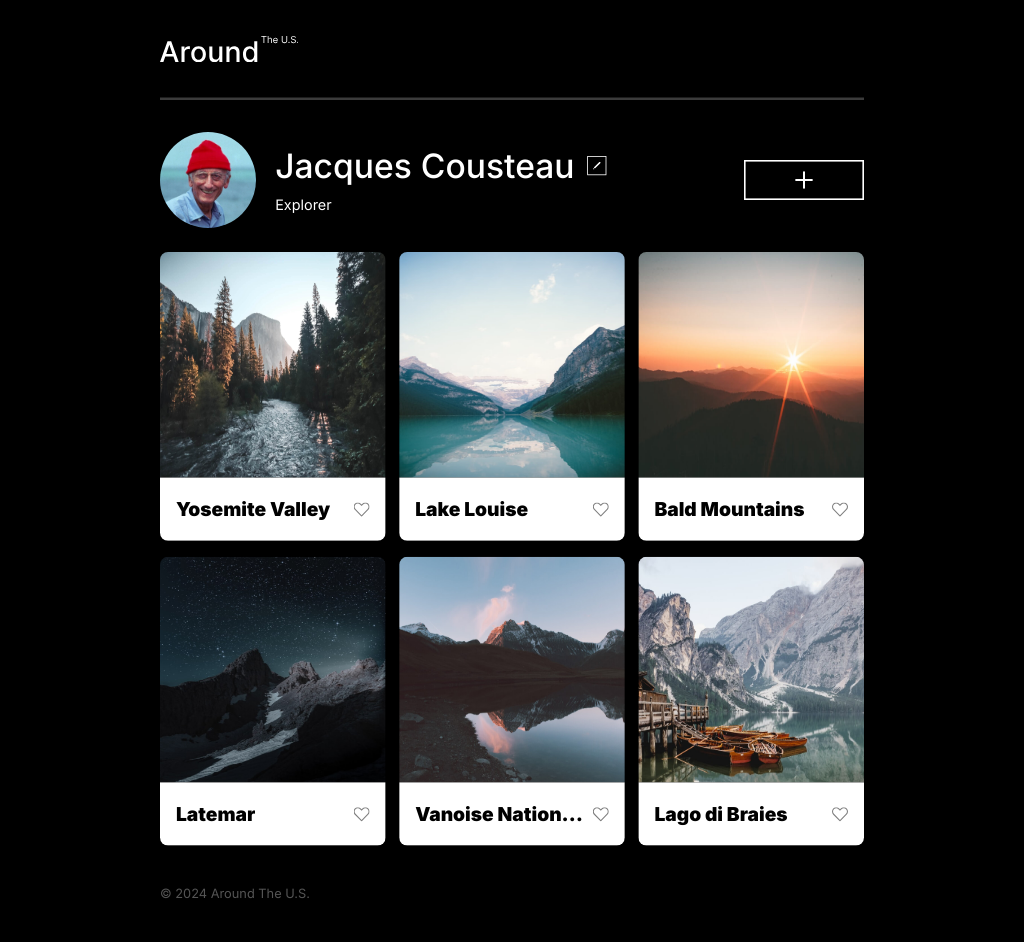
Repository: luisbaezx/se_project_aroundtheus
Page: index.html
These files come from the project's save history. The page is drawn as it stood at one moment and after the next save; the edit follows.
The browser window is 1280 px wide. The pictures show the whole page, at 80% of full size.

Above is the page before, as saved 2024-05-29 18:22:17.

After the next save:
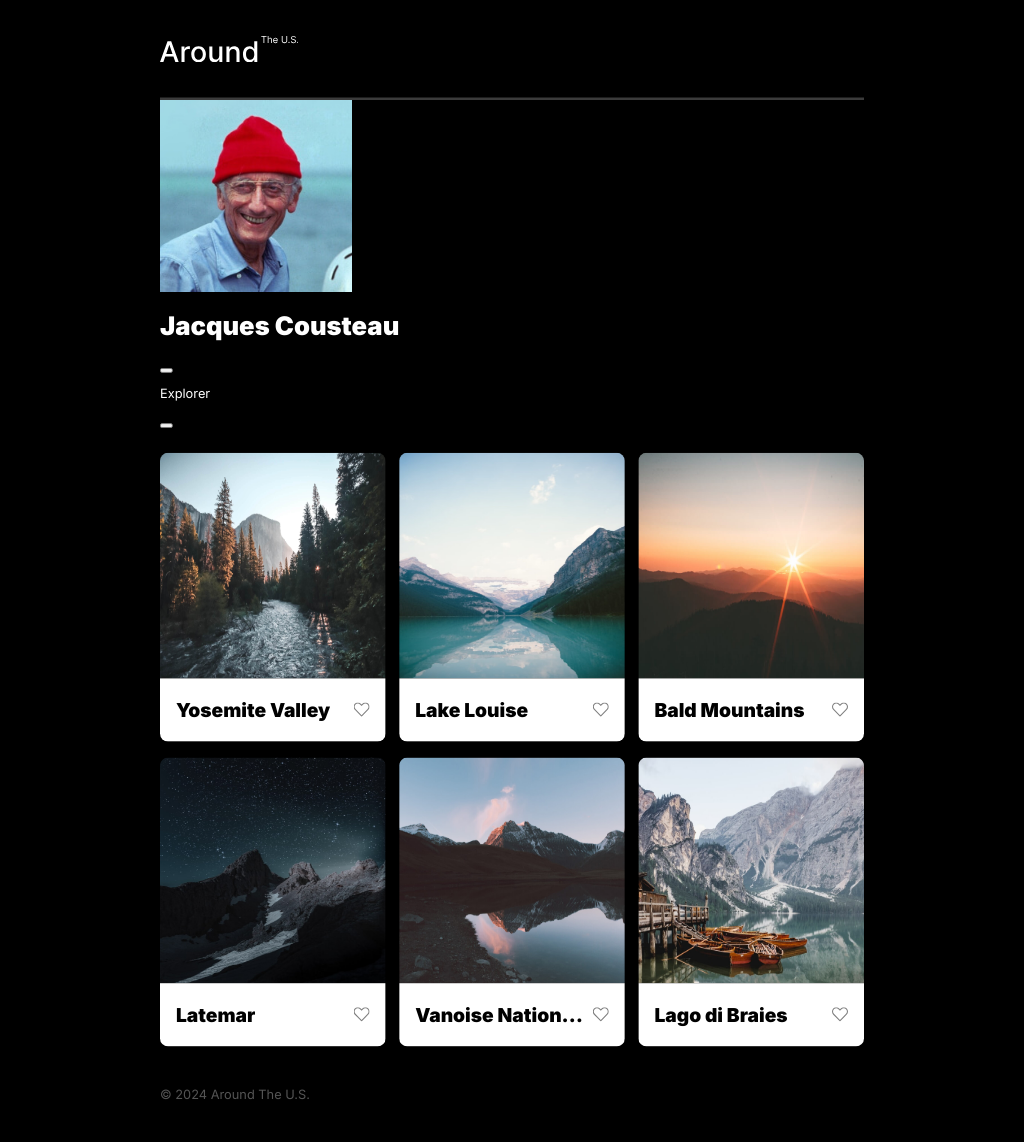
Saved 8 s later.
--- a/blocks/page.css
+++ b/blocks/page.css
@@ -16,79 +16,6 @@
   flex-direction: column;
   min-height: 100vh;
   padding: 0 20px;
-}
-
-.profile {
-  display: flex;
-  align-items: center;
-  padding-top: 40px;
-  min-width: 282px;
-}
-
-.profile__info {
-  display: grid;
-  grid-template-areas:
-    "title button"
-    "description description";
-  grid-template-columns: minmax(auto, 375px) auto;
-  margin-right: 12px;
-  align-items: center;
-  gap: 15px;
-}
-
-.profile__edit-button {
-  background: transparent url(../images/edit-icon.svg) center no-repeat;
-  height: 24px;
-  width: 24px;
-  grid-area: button;
-  border: 1px white solid;
-}
-
-.profile__edit-button:hover {
-  opacity: 0.6;
-}
-
-.profile__add-button {
-  background: transparent url(../images/add-icon.svg) center no-repeat;
-  width: 150px;
-  height: 50px;
-  margin-left: auto;
-  border: 2px white solid;
-  transition: opacity 0.3s ease;
-}
-
-.profile__add-button:hover {
-  opacity: 0.6;
-}
-.profile__title {
-  font-size: 42px;
-  line-height: 48px;
-  font-weight: 500;
-  grid-area: title;
-  margin: 0;
-  text-overflow: ellipsis;
-  white-space: nowrap;
-}
-
-.profile__description {
-  font-size: 18px;
-  line-height: 22px;
-  font-weight: 400;
-  grid-area: description;
-  margin: 0;
-  text-overflow: ellipsis;
-  white-space: nowrap;
-  overflow: hidden;
-  max-width: 370px;
-}
-
-.profile__image {
-  height: 120px;
-  width: 120px;
-  border-radius: 50%;
-  object-fit: cover;
-  background-position: center;
-  margin-right: 24px;
 }
 
 .cards {
